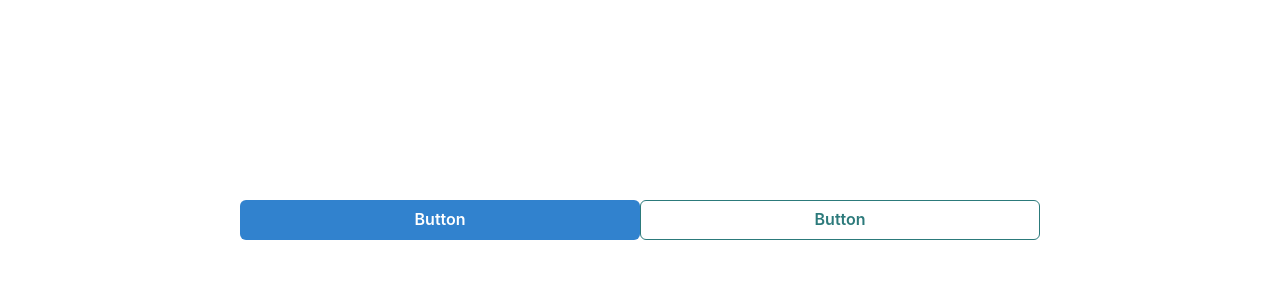
Repository: soualexandre/toast-reactjs
Page: /
An editor plug-in stored every save of this project. The page is shown before and after the next save, followed by the edit.
The browser window is 1280 px wide. The pictures show the whole page.
The project was rebuilt for these pictures with package versions that can differ from the ones it lists, and the page was loaded fresh each time.

Above is the page before, as saved 2021-07-02 15:05:34.

After the next save:
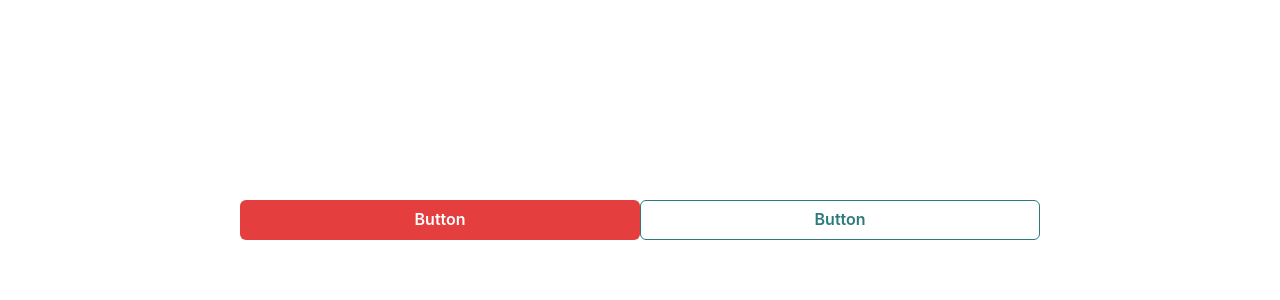
Saved 8 s later.
--- a/src/App.js
+++ b/src/App.js
@@ -36,7 +36,7 @@ function App() {
         <Center mt={200}>
           <Button
             colorScheme="teal"
-            colorScheme="blue"
+            colorScheme="red"
             onClick={notify}
             width="400px">
             Button
